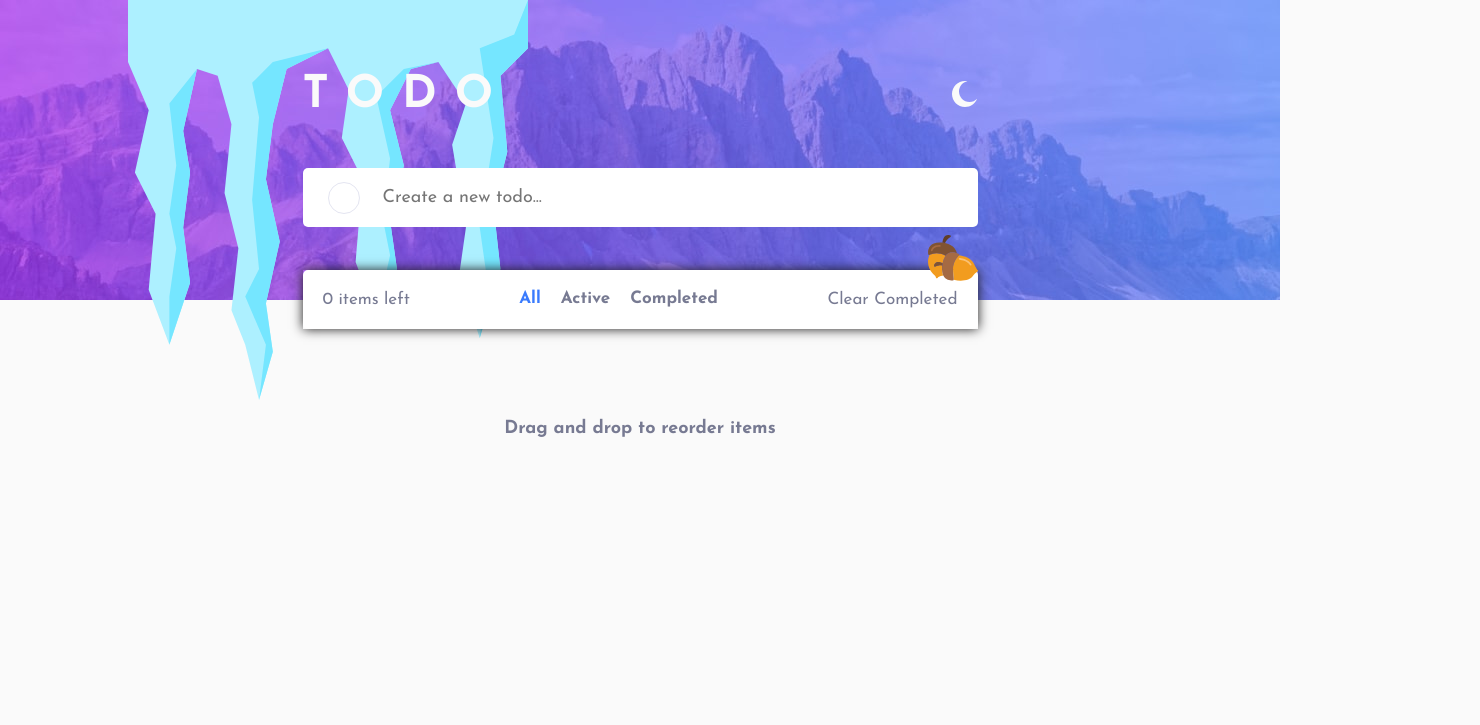
Repository: tomas938/todo-app
Page: /
An editor plug-in stored every save of this project. The page is shown before and after the next save, followed by the edit.
The browser window is 1280 px wide. The page is 1480 px wide, then 1280 px, then 1480 px, so the pictures cover 1480 px, including what lies to the right of the window. The pictures show the whole page.
The project was rebuilt for these pictures with package versions that can differ from the ones it lists, and the page was loaded fresh each time.

Above is the page before, as saved 2021-08-21 10:30:44.

After the next save:
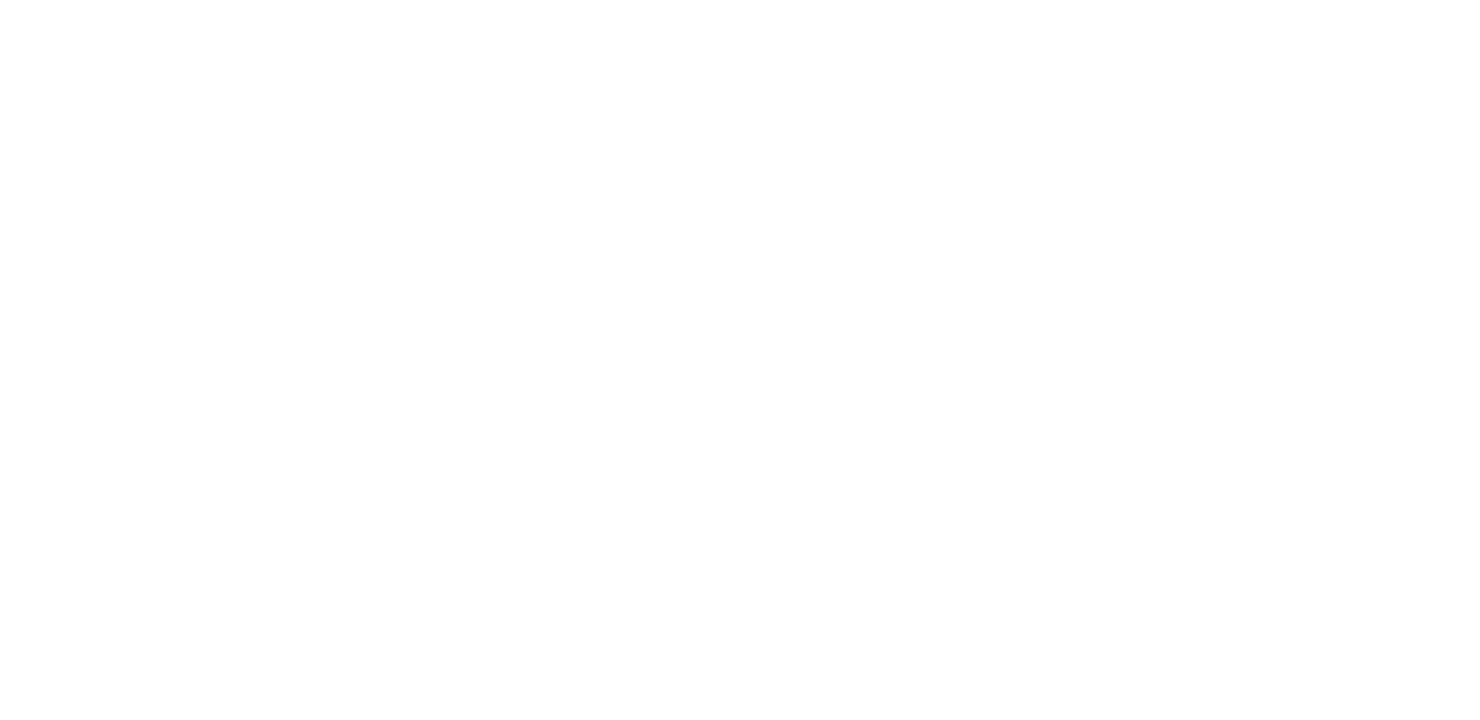
Console error: ReferenceError: theme is not defined
Saved 5 s later.
--- a/src/components/Header.vue
+++ b/src/components/Header.vue
@@ -53,7 +53,7 @@
 
 <script>
 export default {
-	emits: ["create-todo"],
+	emits: ["create-todo", theme - changed],
 	data() {
 		return {
 			newTodo: "",

After the save that followed:
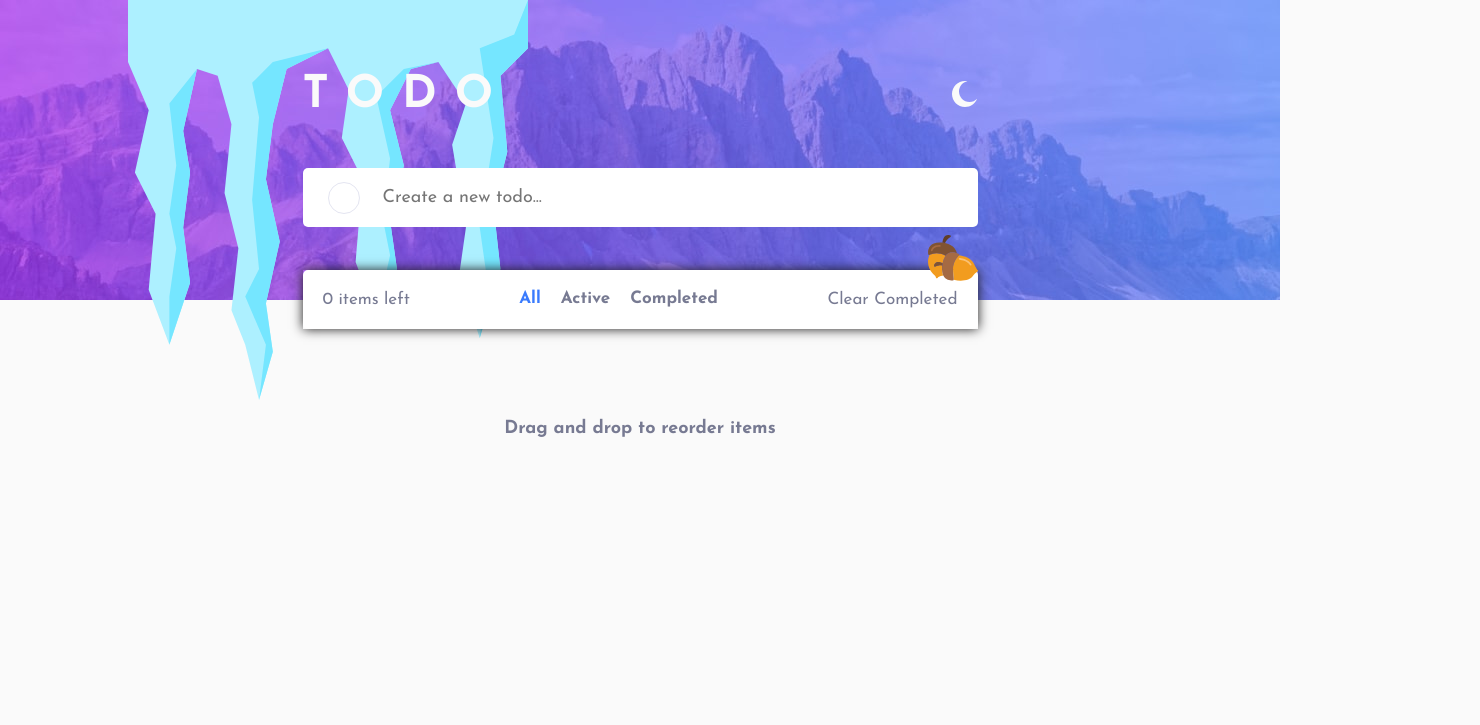
The error is gone.
Saved 11 s later.
--- a/src/components/Header.vue
+++ b/src/components/Header.vue
@@ -53,7 +53,7 @@
 
 <script>
 export default {
-	emits: ["create-todo", theme - changed],
+	emits: ["create-todo", "theme-changed"],
 	data() {
 		return {
 			newTodo: "",
